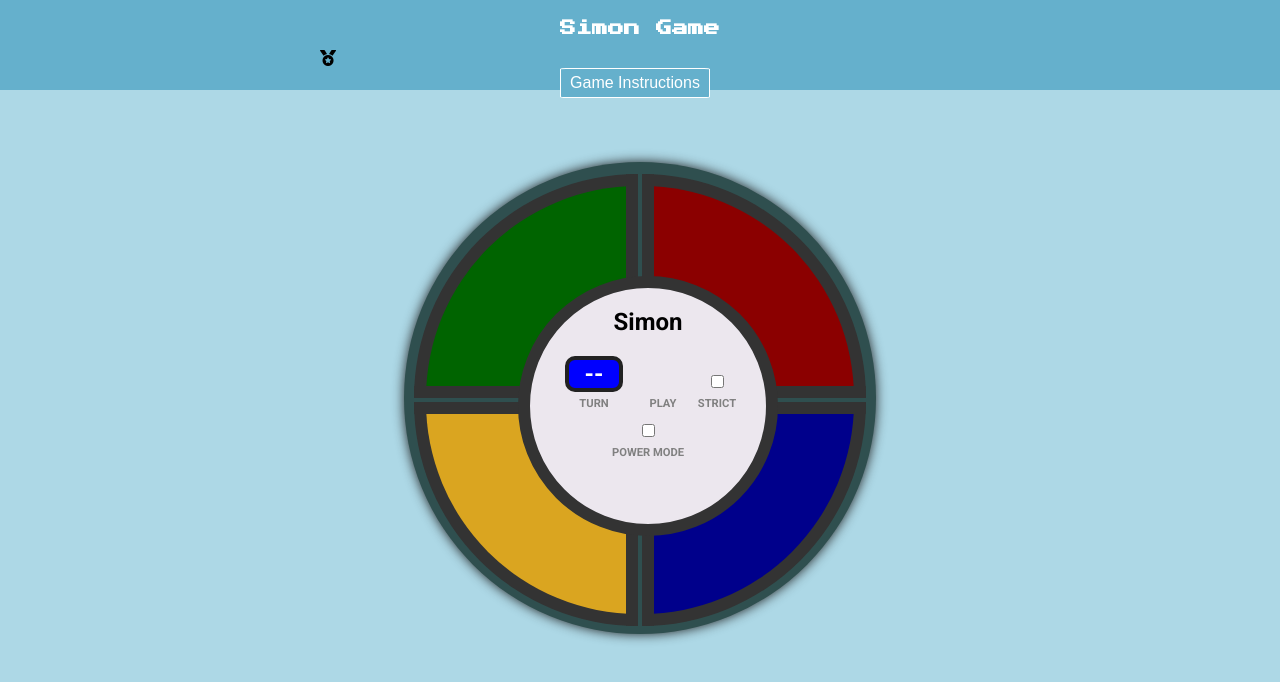
Repository: bbarbara19/memorygame
Page: index.html
The author's editor kept a record of every edit. The page is drawn from the files as they stood at one moment, then again after the next edit.
The browser window is 1280 px wide. The pictures show the whole page.
Some web libraries are served in a nearby version.

Above is the page before.

### index.html
<!DOCTYPE html>
<html lang="en">
<head>
    <meta charset="UTF-8">
    <meta name="viewport" content="width=device-width, initial-scale=1.0">
    <meta http-equiv="X-UA-Compatible" content="ie=edge">
    <link rel="stylesheet" href="style.css" type="text/css"/>
    <script src="https://cdn.jsdelivr.net/npm/sweetalert2@8"></script>
    <link rel="stylesheet" href="https://use.fontawesome.com/releases/v5.4.2/css/all.css" integrity="sha384-/rXc/GQVaYpyDdyxK+ecHPVYJSN9bmVFBvjA/9eOB+pb3F2w2N6fc5qB9Ew5yIns" crossorigin="anonymous">
    <title>Simon Game</title>
      <audio id="clip1" src="sounds/simonSound1.mp3"></audio>
      <audio id="clip2" src="sounds/simonSound2.mp3"></audio>
      <audio id="clip3" src="sounds/simonSound3.mp3"></audio>
      <audio id="clip4" src="sounds/simonSound4.mp3"></audio>
</head>
<body>

<!--nav bar-->
<nav>
    <div class="title">
        <h1>Simon Game</h1><i class="fas fa-medal"></i>
    </div>
    <div class="btn-wrap">
            <button class="btn-GameHelp" onclick="gamehelp();">Game Instructions</button>
    </div>
</nav>
<!--end nav bar-->

<!--Container Game console-->
<div class="container">
    <div class="fourPads">
        <div>
            <div class="inline pad green" id='green'></div>
            <div class="inline pad red" id='red'></div>
        </div>
        <div>
          <div class="inline pad yellow" id='yellow'></div>
          <div class="inline pad blue" id='blue'></div>
        </div>
     </div> <!--end fourPads -->
     <div class="console"><!--inner game console -->
         <h2>Simon</h2>
         <div class="rw">
             <div class="display inline">
                 <h2 class="counter boxTurn" id="Counter">--</h2>
                 <h3 class="label">TURN</h3>
             </div>
             <div class="btn-box inline">
                 <div class="play-btn clickable" id="start"></div>
                 <h3 class="label">PLAY</h3>
             </div>
             <div class="btn-box inline">
                 <input type="checkbox" class="toggle" id="strictMode">
                 <h3 class="label">STRICT</h3>
             </div>
             <div>
                 <div>
                 <input type="checkbox" class="toggle inline" id="powerMode">
                 <h3 class="label">POWER MODE</h3>
                 </div>
             </div>
             <!--end center div-->
         </div>
    </div>
    <!--end inner game console -->
</div>
<!--end main game container -->
<script type="text/javascript" src="script.js"></script>
</body>
</html>

### style.css
@import url('https://fonts.googleapis.com/css?family=Roboto:300,400,500,700&display=swap');
@import url('https://fonts.googleapis.com/css?family=Press+Start+2P&display=swap');

body {
 background-color: lightblue;
 font-family:Roboto;
 margin:0;
 padding:0;
}

/*--style Button Drop down instructions--*/

/* Dropdown Button */
.btn-GameHelp {
  background-color: #65b0cc;
  color: white;
  padding: 5px;
  width:150px;
  position: relative;
  margin: 10 auto;
  font-size: 16px;
  cursor: pointer;
  left:20px;
  border-radius:4%;
  border: solid 1px white;
  text-align:center;
}

.btn-GameHelp:hover {
  background-color: LightBlue;
  color:#3085d6;
  border: solid 1px  #3085d6;
  #3085d6
}

.btn-wrap {
  width: 200px;
  margin: 0 auto;
  position:relative;
}

nav {
  margin:0;
  width:100%;
  height:70px;
  background-color:#65b0cc;
  padding-top: 10px;
  padding-bottom: 10px;
  padding-right: 0px;
  padding-left: 0px;
}

.title{
 width: 50%;
 margin: 0 auto;
}
/*--End style Button Drop down instructions--*/

/*--style Game container--*/

h1{
  font-family: 'Press Start 2P', cursive !important;
  font-size:16px;
  color : white !important;
  margin-top:10px;
  text-align:center;
}

.container{
  width: 472px;
  height:472px;
  border-radius:100%;
  position: relative;
  text-align: center;
  margin:auto;
  background-color:darkslategray;
  top:10vh;
  box-shadow: 0px 0px 12px #222;
}

.fourPads{
  position: relative;
  top:12px;
}

.pad.red {
    background:darkred;
    border-top-right-radius : 100%;
}

.pad.green {
    background:darkgreen;
    border-top-left-radius : 100%;
}

.pad.yellow {
    background:goldenrod;
    border-bottom-left-radius : 100%;
}

.pad.blue {
    background:darkblue;
    border-bottom-right-radius : 100%;
}

.console{
  width:50%;
  height:50%;
  position : absolute;
  border-radius:100%;
  top:50%;
  left:50%;
  margin: -122px 0 0  -122px;
  background-color:#ECE7EE;
  border: 12px solid #333;
}

.pad {
  position  : relative;
 /* width:200px;*/
 /* height:200px;*/
  width:200px;
  height:200px;
  background-color : grey;
  border: 12px solid #333;
}

.inline{
  display: inline-block;
}

.counter{
  font-family: Roboto;
  color : white;
  padding : 0px;
  font-size : 1.5em;
  width : 50px;
  background-color: #00FF;
  position:relative;
  border : 4px solid #222;
  border-radius : 10px;
  margin:auto;
}

.round-btn{
  width : 25px;
  height : 25px;
  position: relative;
  background-color : mediumvioletred;
  border-radius : 20%;
  border : 2px solid #222;
  margin:auto;
  top : -5px;
}

.round-btn:active{
    box-shadow : 0 1px 1px #292929;
    top : -4px;
}

.clickable{
  pointer-events : auto;
  cursor:pointer;
}

.led-on{
  background-color:#DC0D29;
}

.led-off{
  color:white;
}

.label{
  color : grey;
  font-family :Roboto;
  font-size:0.7em;
  margin-top:5px;
  text-align:center;
}

.display{
  width : 80px;
  position:relative;
  text-align:center;
}

.btn-box{
  width : 50px;
  position:relative;
}
/*--style Game container--*/

/* ---- Scaling for Mobile--- */
@media screen and (max-width: 480px) {

  .container {
    top: 40px;
    -moz-transform: scale(0.7);
    -ms-transform: scale(0.7);
    -o-transform: scale(0.7);
    -webkit-transform: scale(0.7);
    transform: scale(0.6); /* scaleX(0.6) scaleY(0.6) */

    -o-transform-origin: 0 0;
    -ms-transform-origin: 0 0;
    -webkit-transform-origin: 0 0;
    -moz-transform-origin: 0 0;
    transform-origin: 0 0;

    left: 50%;
    margin-left: -142px;
  }
}

### script.js
let SimonOrder = [];
let playerOrder = [];
let lights;
let turn;
let winTurn;
let SimonTurn;
let intervalId;
let strict = false;
let sound = true;
let power = false;
let win;

const turnCounter = document.querySelector("#Counter");

/* event listener to check if StrictMode is checked or not */
function StrictMode(){
  if (document.querySelector('#strictMode').checked == true){
  console.log('selezionato');
  strict = true;
  } else {
  strict = false;
  }
}

/* event listener on the click on the strict mode checkbox, to call the function StrictMode()*/
document.querySelector('#strictMode').addEventListener('click', function(){
 console.log('StrictMode');
 StrictMode();
})


/* Power mode checked - allows different messages on the counter box */
function PowerChecked(){
if (document.querySelector('#powerMode').checked == true){
  console.log('power mode is on');
  power = true;
  document.querySelector(".boxTurn").innerHTML = "ON";
  } else {
  console.log('power mode is off');
  power = false;
  document.querySelector(".boxTurn").innerHTML = "OFF";
  clearColor();
  clearInterval(intervalId);
  }
}

/* event listener on the click on the power mode checkbox, to call the function PowerChecked()*/
document.querySelector('#powerMode').addEventListener('click', function(){
 console.log('PowerClicked');
 PowerChecked();
 alert('Power Mode active, press the Play button!')
})

/* function clear Color - reset the pad colours to dark after the turn */
function clearColor() {
  document.querySelector('.green').style.backgroundColor = "darkgreen";
  document.querySelector('.red').style.backgroundColor = "darkred";
  document.querySelector('.yellow').style.backgroundColor = "goldenrod";
  document.querySelector('.blue').style.backgroundColor = "darkblue";
}

/* function Flash Color - flashes the pad colours during the turn */
function flashColor() {
 document.querySelector('.green').style.backgroundColor = "lime";
 document.querySelector('.red').style.backgroundColor = "red";
 document.querySelector('.yellow').style.backgroundColor = "yellow";
 document.querySelector('.blue').style.backgroundColor = "turquoise";
}

/* functions play audio clips */
function padgreen() {
  if (sound) {
    let audio = document.getElementById("clip1");
    audio.play();
  }
  sound = true;
  document.querySelector('.green').style.backgroundColor = "lime";
}

function padred() {
  if (sound) {
    let audio = document.getElementById("clip2");
    audio.play();
  }
  sound = true;
  document.querySelector('.red').style.backgroundColor = "red";
}

function padblue() {
  if (sound) {
    let audio = document.getElementById("clip3");
    audio.play();
  }
  sound = true;
  document.querySelector('.blue').style.backgroundColor = "turquoise";
}

function padyellow() {
  if (sound) {
    let audio = document.getElementById("clip4");
    audio.play();
  }
  sound = true;
  document.querySelector('.yellow').style.backgroundColor = "yellow";
}

/* Play function that generates the game sequence, resets the Simon and player order array,
sets the turn counter to 1 */

function play() {
  SimonOrder = [];
  playerOrder = [];
  lights = 0;
  win = false;
  winTurn = true;
  intervalId = 0;
  turn = 1;
  turnCounter.innerHTML = 1;
  for (var i = 0; i < 10; i++) {
    SimonOrder.push(Math.floor(Math.random() * 4) + 1);
  }
  console.log(SimonOrder);
  SimonTurn = true; /*it starts with the computer turn*/
  intervalId = setInterval(gameTurn, 800); //
}

function gameTurn() {
  power = false;
/* during the computer turn the event listener on the pad clicks is disabled */
  if (lights == turn) {
    clearInterval(intervalId);
    SimonTurn = false;
    clearColor();
    power = true;
  }

/* if it is the computer turn, it clears all the pad colours and activate the lights sequence */
  if (SimonTurn) {
    clearColor();
    setTimeout( function Flash() {
      if (SimonOrder[lights] == 1){
        padgreen();
      }
      if (SimonOrder[lights] == 2){
        padred();
      }
      if (SimonOrder[lights] == 3){
        padblue();
      }
      if (SimonOrder[lights] == 4){
        padyellow();
      }
      lights++; //the number of lights is going to be incremented of one at each turn
    }, 200);
  }
}

/*event listener of the start button to call the play()function*/
document.querySelector("#start").addEventListener('click', function StartCommand(){
  if (power || win) {
  console.log('start pressed');
  play();
  }
})

/*function that checks the win status of the turn*/
function winTest() {
  if (playerOrder[playerOrder.length - 1] !== SimonOrder[playerOrder.length - 1]) {
    winTurn = false;
    console.log(winTurn);
    flashColor();
    turnCounter.innerHTML ="NO!";
    if (strict){
    clearColor();
    setTimeout(function(){ gameOverAlert(); }, 100);
    play();//resets the game and starts play again
    }
    else {
    setTimeout(function(){ window.alert("Wait for the new Simon round and try again!"); }, 70);
    setTimeout(function(){
      turnCounter.innerHTML = turn;
      clearColor();
      SimonTurn = true;
      lights = 0;
      playerOrder = [];
      winTurn = true;
      intervalId = setInterval(gameTurn, 800);
       }, 800);
       sound = false;
      }
  }

  if (playerOrder.length == 10 && winTurn) {
    winGame();
  }

  if (turn == playerOrder.length && winTurn && !win) {
    turn++;
    playerOrder = [];
    SimonTurn = true;
    lights = 0;
    setTimeout(function(){ window.alert("you won the turn!"); }, 70);
    setTimeout(function(){ turnCounter.innerHTML = turn; }, 70);
    turnCounter.innerHTML = turn;
    intervalId = setInterval(gameTurn, 800);
    console.log('the turn number is:'+turn);
  }
}

/*function that listens to the player click on the pads, records the number clicked in the Player Order array
flashes the pad and sounds and after a timeout clear the pad colours*/

document.querySelectorAll('.pad').forEach(function(e){
    e.addEventListener('click', function(){
      if (power){
        console.log('cliccato');
        var padClicked = this.id;
              switch (padClicked) {
              case "green":
                console.log('green clicked');
                playerOrder.push(1);
                console.log(playerOrder);
                padgreen();
                winTest();
                if (!win) {
                  setTimeout(function(){
                  clearColor();
                 }, 300);
                }
                break;
              case "yellow":
                console.log('yellow clicked');
                playerOrder.push(4);
                console.log(playerOrder);
                padyellow();
                winTest();
                if (!win) {
                  setTimeout(function(){
                  clearColor();
                 }, 300);
                }
                break;
              case "red":
                console.log('red clicked');
                playerOrder.push(2);
                console.log(playerOrder);
                padred();
                winTest();
                if (!win) {
                  setTimeout(function(){
                  clearColor();
                 }, 300);
                }
                break;
              case "blue":
                console.log('blue clicked');
                playerOrder.push(3);
                console.log(playerOrder);
                padblue();
                winTest();
                if (!win) {
                  setTimeout(function(){
                  clearColor();
                 }, 300);
                }
                break;
              default:
                console.log('no match found');
            }
         }
          })
      })


/*function win the game*/
function winGame() {
  flashColor();
  turnCounter.innerHTML = "WIN!";
  power = false;
  win = true;
  gameWinAlert();
}



/*function sweetalert2 - alert Game Help instructions*/
function gamehelp()
  {
    Swal.fire({
  type: 'info',
  text: "You won't be able to revert this!",
  html:
    '<small>Simon is a memory game in which you need to repeat a sequence of tones and lights, played by the device by pressing the buttons.</small>' +
    '<small>To win the game you have to pass 10 rounds, at each turn, the series becomes progressively longer and more complex.</small>' +
    '<small><h3><b>How to play</b></h3></small>' +
    '<li><small>To start the game check the Power Mode and the Play button</small></li>' +
    '<li><small>Each turn starts with the device flashing a sequence of lights</small></li>' +
    '<li><small>You have to repeat the same sequence by pressing the buttons</small></li>' +
    '<li><small>If you do a mistake, you can retry after the sequence is repeated</small></li>' +
    '<li><small>With the strict mode checked, the game is over after each mistake</small></li>' +
    '<li><small>The number of flashes matches the turn number of the counter</small></li>' +
    '<li><small>In each turn an additional sound is added to the previous sequence</small></li>',
  showCloseButton: true,
  showCancelButton: false,
  focusConfirm: false,
  confirmButtonAriaLabel: 'Thumbs up, great!',
    })
  }

/*function sweetalert2 - alert Win Game */
function gameWinAlert()
  {
   Swal.fire({
  html:
    '<i class="fas fa-medal"></i> ' +
    '</br> ' +
    '<b>Congratulations!</b> ' +
    'You are the winner!</b>',
  showCloseButton: false,
  showCancelButton: false,
  focusConfirm: false,
  confirmButtonAriaLabel: 'Thumbs up, great!',
    })
  }

/*function sweetalert2 - alert game over*/
function gameOverAlert()
  {
   Swal.fire({
  html:
    '<i class="fas fa-gamepad"></i> ' +
    '</br> ' +
    '<b>Game Over</b> ' +
    'Play again!</b>',
  showCloseButton: false,
  showCancelButton: false,
  focusConfirm: false,
  confirmButtonAriaLabel: 'Thumbs up, great!',
    })
  }

After the next edit:
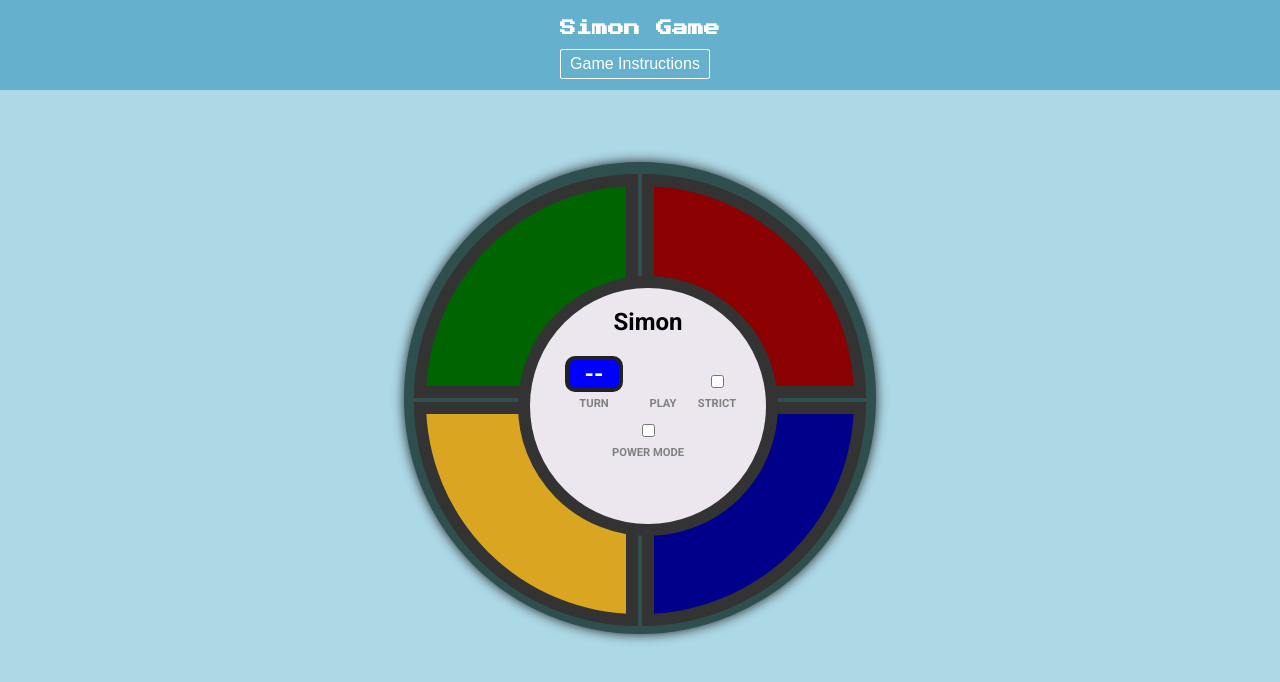
The edit:
--- a/index.html
+++ b/index.html
@@ -18,7 +18,7 @@
 <!--nav bar-->
 <nav>
     <div class="title">
-        <h1>Simon Game</h1><i class="fas fa-medal"></i>
+        <h1>Simon Game</h1>
     </div>
     <div class="btn-wrap">
             <button class="btn-GameHelp" onclick="gamehelp();">Game Instructions</button>
